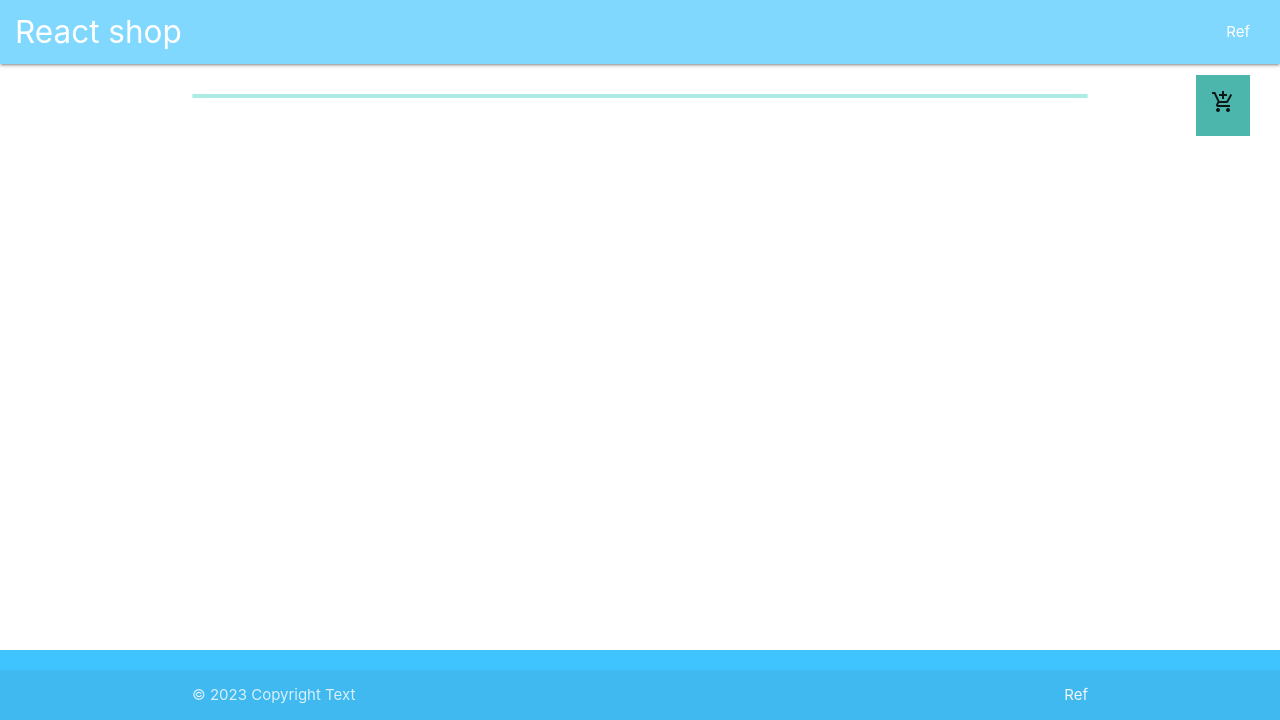
Repository: qui-qui-qui/online-shop
Page: /
An editor plug-in stored every save of this project. The page is shown before and after the next save, followed by the edit.
The browser window is 1280 px wide. The pictures show the whole page.
The page's requests for data from a server got no answer. The project was rebuilt for these pictures with package versions that can differ from the ones it lists, and the page was loaded fresh each time. No one was signed in, and anything a server would have sent is missing. Also part of the build but not shown: src/components/GoodsItem.jsx, src/components/GoodsList.jsx, src/components/BasketItem.jsx, src/components/BasketList.jsx.

Above is the page before, as saved 2023-01-07 18:26:01.

After the next save:
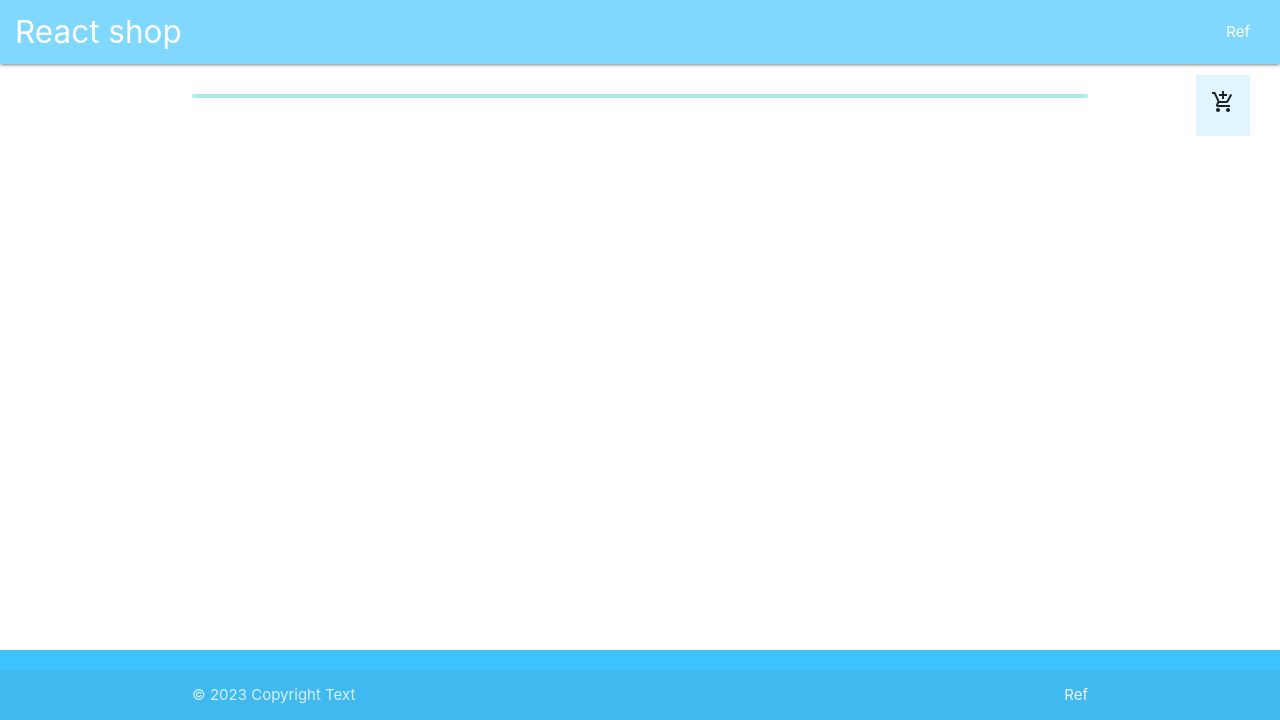
Saved 13 s later.
--- a/src/components/Cart.jsx
+++ b/src/components/Cart.jsx
@@ -2,7 +2,7 @@ function Cart(props) {
     const {quantity = 0, handleBasketShow = Function.prototype} = props;
 
     return (
-        <div className="cart #4db6ac teal lighten-2" onClick={handleBasketShow}>
+        <div className="cart light-blue lighten-5" onClick={handleBasketShow}>
             <i className="material-icons">add_shopping_cart</i>
             {quantity ? (
                 <span className="cart-quantity">{quantity}</span>
